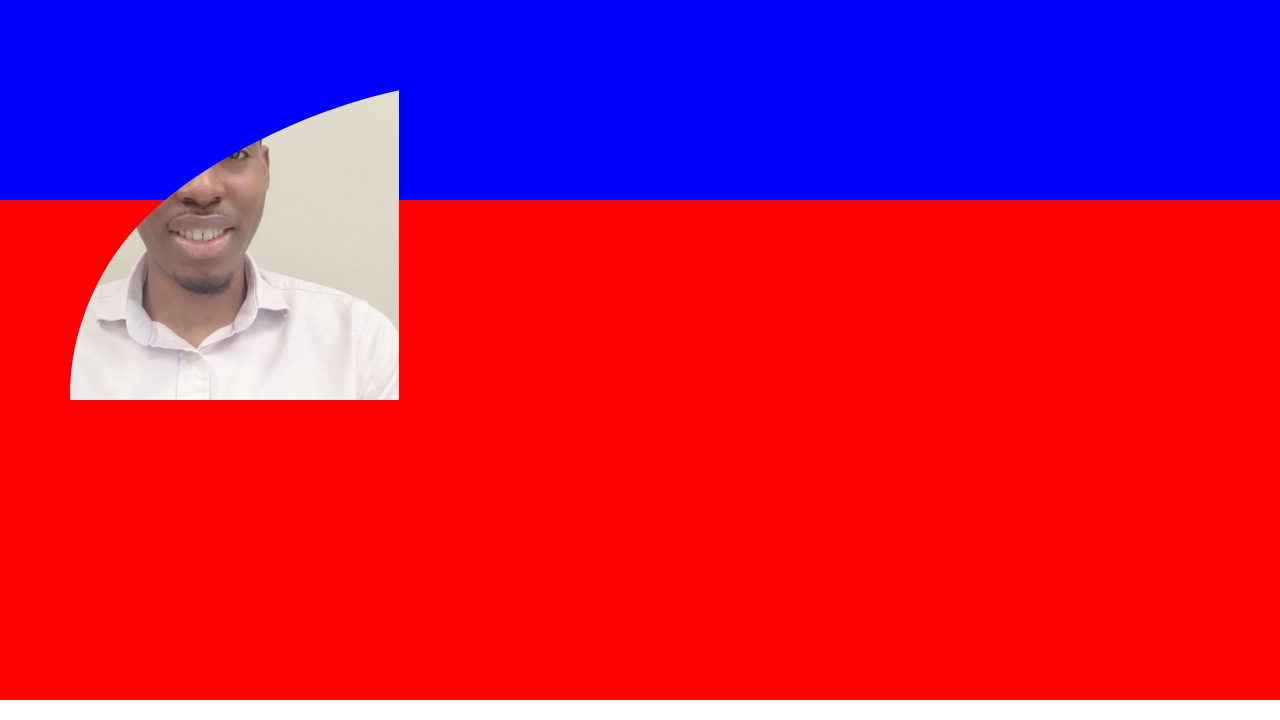
Repository: DNoel26/My_Dev_Portfolio
Page: index.html
An editor plug-in stored every save of this project. The page is shown before and after the next save, followed by the edit.
The browser window is 1280 px wide. The pictures show the whole page.

Above is the page before, as saved 2021-01-23 10:34:59.

After the next save:
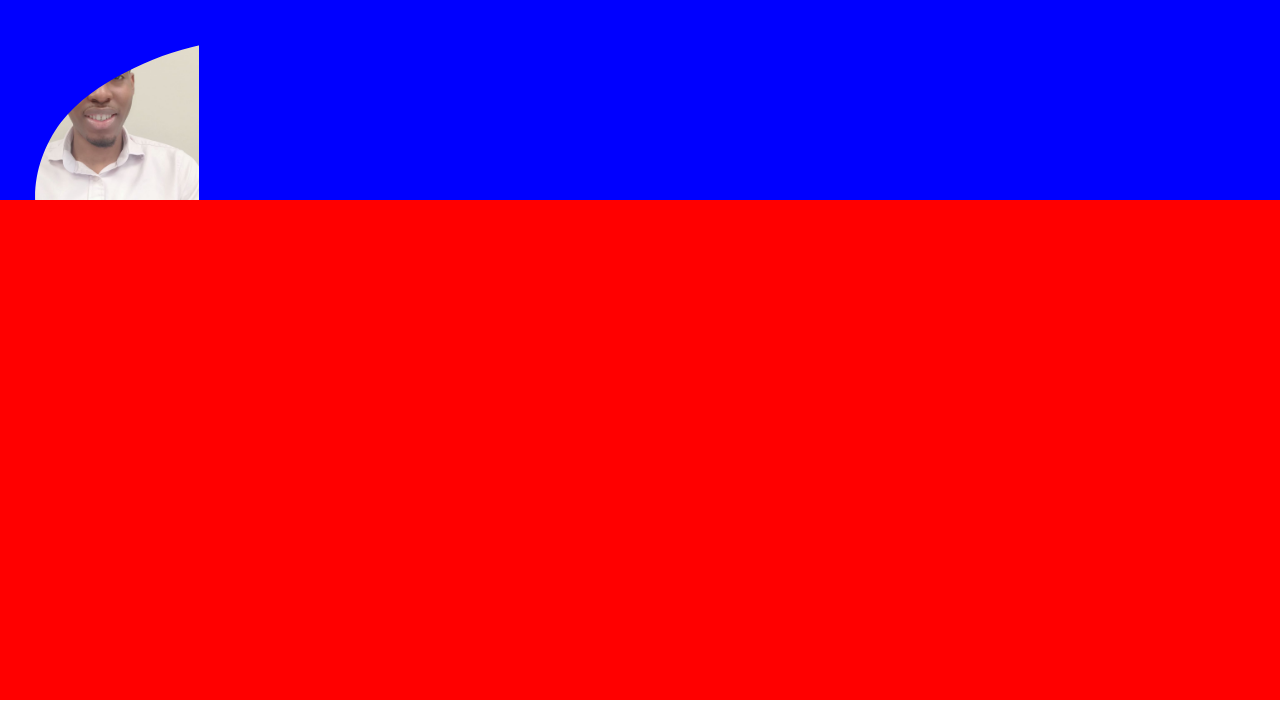
Saved 17 s later.
--- a/css/style.css
+++ b/css/style.css
@@ -9,7 +9,7 @@ div {
 }
 
 .prof-pic.svg-clip {
-    height: 400px;
+    height: 100%;
     -webkit-clip-path: url(#svg-clip);
     clip-path: url(#svg-clip);
 }
